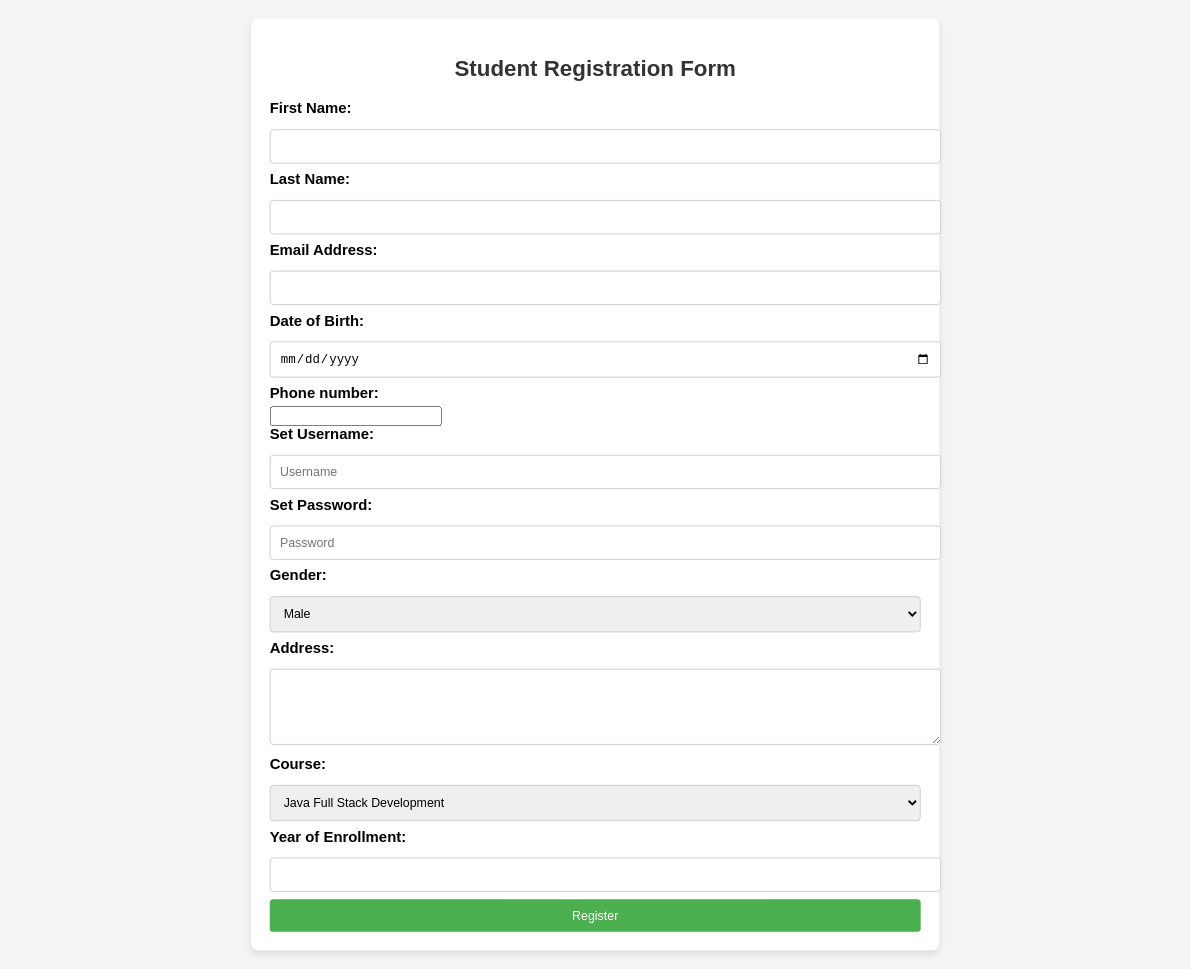
Repository: kkale14/My_allpr
Page: Kalyani1/src/main/webapp/Registration.html
These files come from the project's save history. The page is drawn as it stood at one moment and after the next save; the edit follows.
The browser window is 1280 px wide. The pictures show the whole page, at 93% of full size.

Above is the page before, as saved 2025-03-03 07:57:24.

### Kalyani1/src/main/webapp/Registration.html
<!DOCTYPE html>
<html>
<head>
<meta charset="UTF-8">


 <html lang="en">


    <meta name="viewport" content="width=device-width, initial-scale=1.0">
    <title>Student Registration Form</title>
    <style>
        body {
            font-family: Arial, sans-serif;
            background-color: #f4f4f4;
            margin: 0;
            padding: 20px;
        }
        .container {
            max-width: 700px;
            margin: auto;
            padding: 20px;
            background-color: white;
            border-radius: 8px;
            box-shadow: 0 4px 8px rgba(0, 0, 0, 0.1);
        }
        h2 {
            text-align: center;
            color: #333;
        }
        label {
            font-weight: bold;
            display: block;
            margin-bottom: 5px;
        }
        input[type="password"],input[type="text"], input[type="email"], input[type="date"], select, textarea {
            width: 100%;
            padding: 10px;
            margin: 8px 0;
            border: 1px solid #ccc;
            border-radius: 4px;
        }
        textarea {
            resize: vertical;
        }
        button {
            width: 100%;
            padding: 10px;
            background-color: #4CAF50;
            color: white;
            border: none;
            border-radius: 4px;
            cursor: pointer;
        }
        button:hover {
            background-color: #45a049;
        }
    </style>
</head>
<body>
    <div class="container">
        <h2>Student Registration Form</h2>
        <form action="/submit_registration" method="POST">
            <!-- Personal Information Section -->



            <label for="first_name">First Name:</label>
            <input type="text" id="first_name" name="first_name" required>

            <label for="last_name">Last Name:</label>
            <input type="text" id="last_name" name="last_name" required>

            <label for="email">Email Address:</label>
            <input type="email" id="email" name="email" required>

            <label for="dob">Date of Birth:</label>
            <input type="date" id="dob" name="dob" required>

            <label for="mob">Phone number:</label>
            <input type="mob" id="mob" name="mob" required>

            <label for="username">Set Username:</label>
             <input type="text" id="username" name="username" class="input-field" placeholder="Username" required>

             <label for="password">Set Password:</label>
            <input type="password" id="password" name="password" class="input-field" placeholder="Password" required>

            <label for="gender">Gender:</label>
            <select id="gender" name="gender" required>
                <option value="male">Male</option>
                <option value="female">Female</option>

            </select>

            <!-- Address Section -->
            <label for="address">Address:</label>
            <textarea id="address" name="address" rows="4" required></textarea>

            <!-- Course Information Section -->
            <label for="course">Course:</label>
            <select id="course" name="course" required>
                <option value="computer_science">Java Full Stack Development</option>
                <option value="engineering">Python </option>
                <option value="medicine">.Net</option>
                <option value="law">Data Science</option>
                <option value="business">Web Developer</option>
            </select>

            <label for="year_of_enrollment">Year of Enrollment:</label>
            <input type="text" id="year_of_enrollment" name="year_of_enrollment" required>

            <!-- Submit Button -->
            <button type="submit" value="Submit">Register</button>
        </form>
    </div>
</body>
</html>

After the next save:
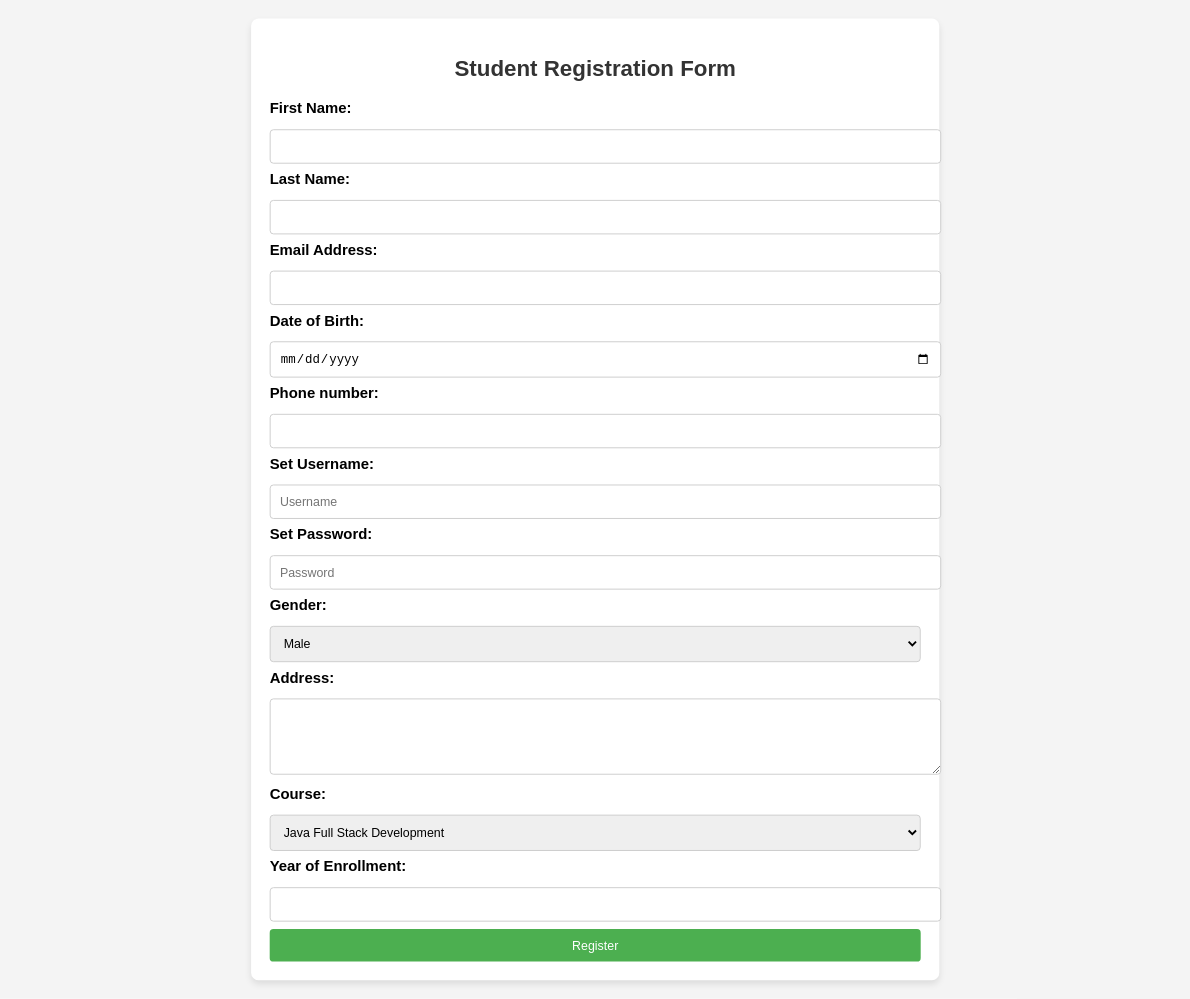
Saved 119 s later.
--- a/Kalyani1/src/main/webapp/Registration.html
+++ b/Kalyani1/src/main/webapp/Registration.html
@@ -33,7 +33,7 @@
             display: block;
             margin-bottom: 5px;
         }
-        input[type="password"],input[type="text"], input[type="email"], input[type="date"], select, textarea {
+        input[type="password"],input[type="mob"],input[type="text"], input[type="email"], input[type="date"], select, textarea {
             width: 100%;
             padding: 10px;
             margin: 8px 0;
